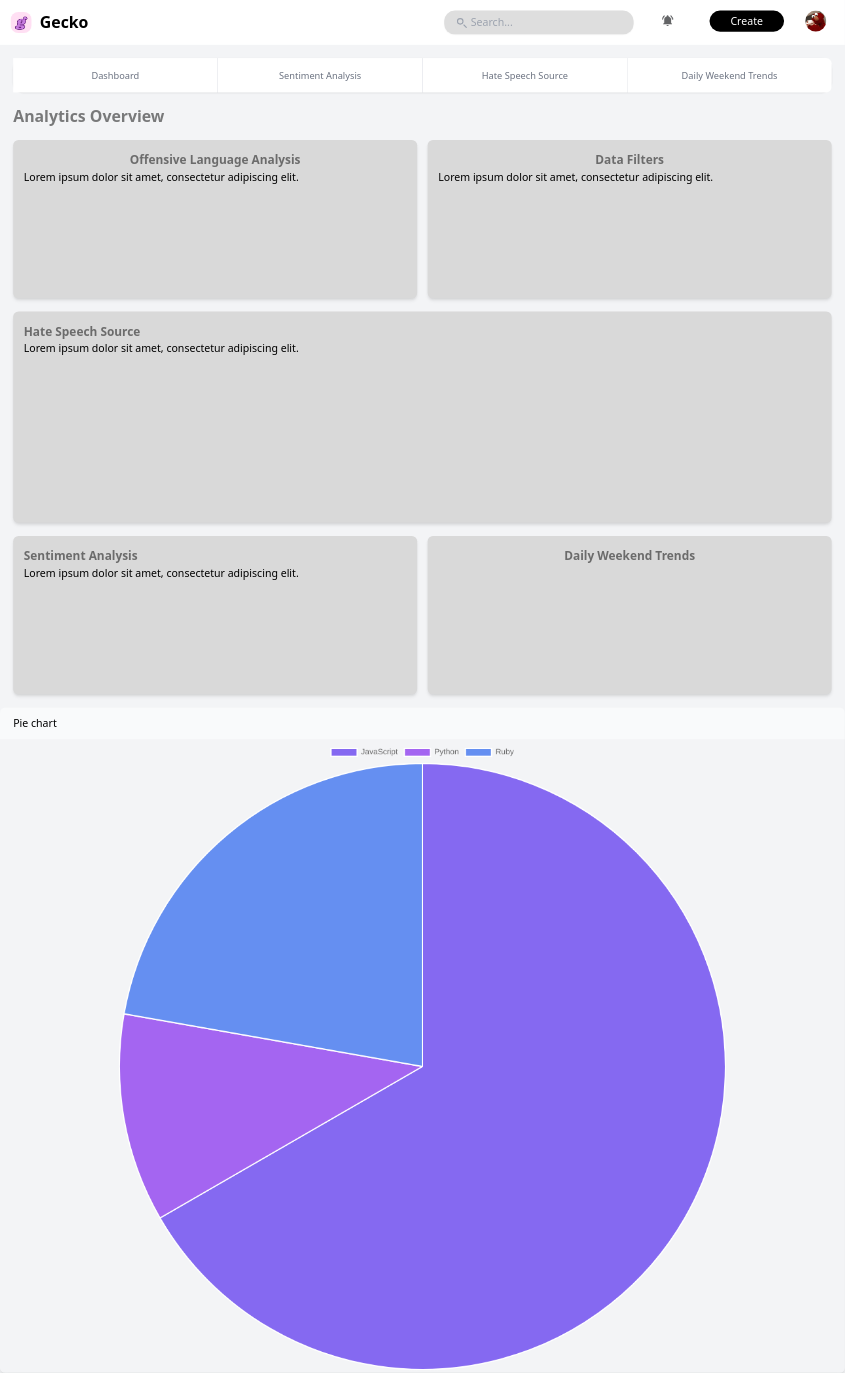
Repository: theamgri/thesis-website-nextjs
Page: website.html
These files come from the project's save history. The page is drawn as it stood at one moment and after the next save; the edit follows.
The browser window is 1280 px wide. The pictures show the whole page, at 66% of full size.

Above is the page before, as saved 2023-10-02 09:49:06.

After the next save:
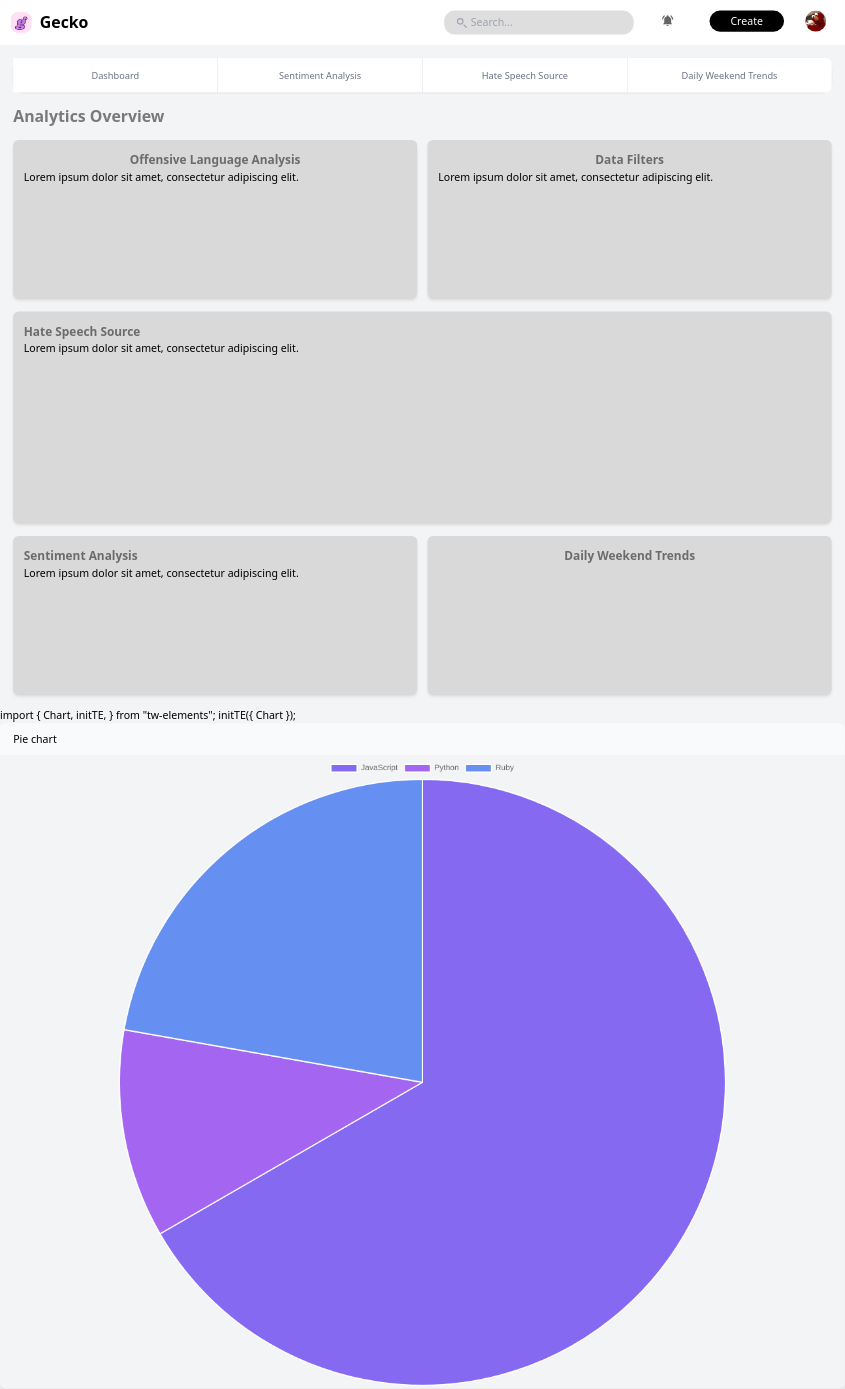
Saved 2 min 17 s later.
--- a/website.html
+++ b/website.html
@@ -163,6 +163,13 @@
     </div>
 </div>
 
+import {
+  Chart,
+  initTE,
+} from "tw-elements";
+
+initTE({ Chart });
+
 <div class="shadow-lg rounded-lg overflow-hidden">
   <div class="py-3 px-5 bg-gray-50">Pie chart</div>
   <canvas class="p-1 ml-40 mr-40" id="chartPie"></canvas>

After the save that followed:
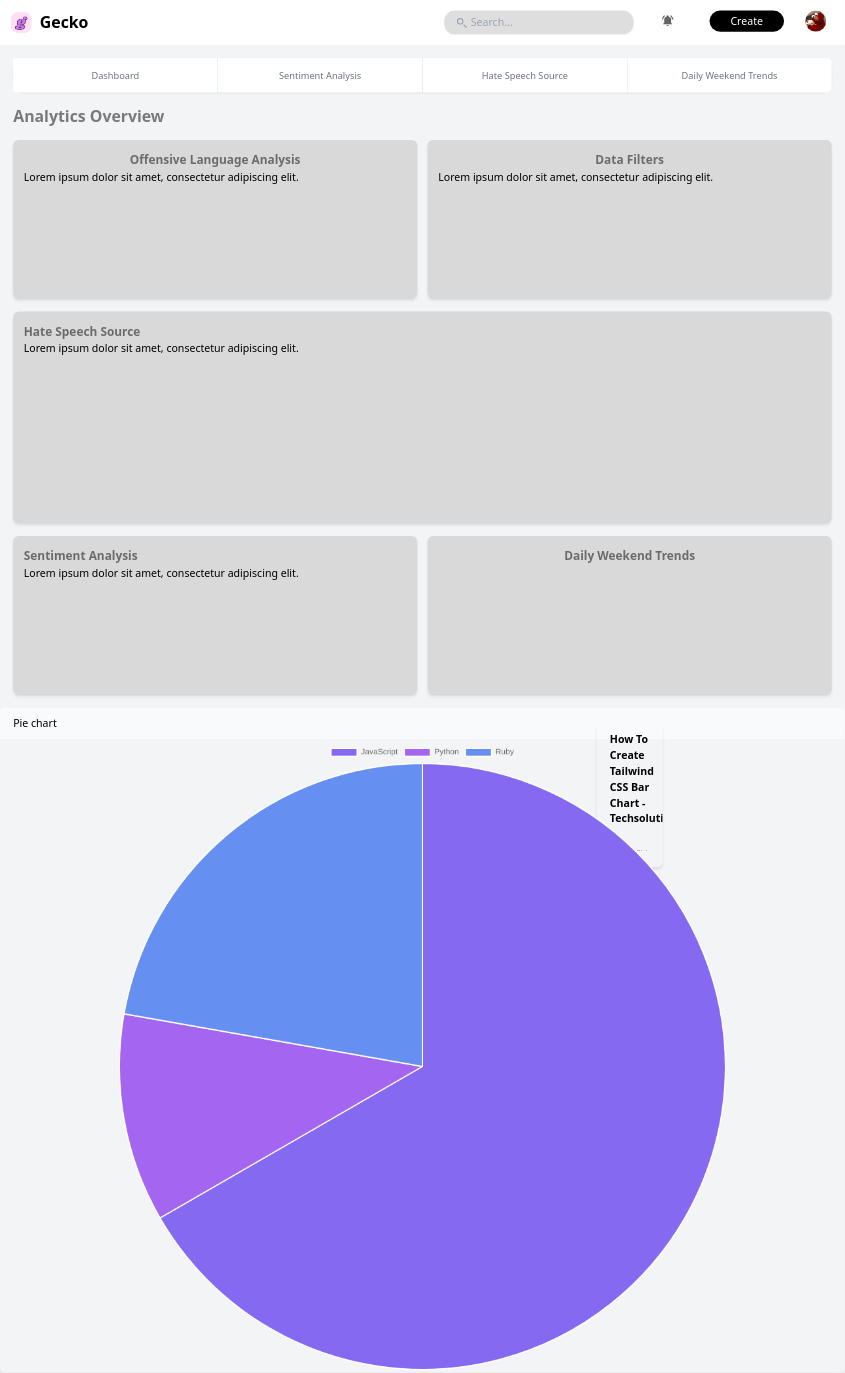
Saved 82 s later.
--- a/website.html
+++ b/website.html
@@ -151,24 +151,50 @@
         <!-- Container 5 -->
         <div class="bg-white p-4 rounded-lg shadow-md" style="background-color: #D9D9D9; height: 15rem;">
             <h2 class="text-lg text-center opacity-50 font-semibold">Daily Weekend Trends</h2>
-            <div class="mx-auto w-3/5 overflow-hidden">
-              <canvas
-                data-te-chart="line"
-                data-te-dataset-label="Traffic"
-                data-te-labels="['Monday', 'Tuesday' , 'Wednesday' , 'Thursday' , 'Friday' , 'Saturday' , 'Sunday ']"
-                data-te-dataset-data="[2112, 2343, 2545, 3423, 2365, 1985, 987]">
-              </canvas>
+            <div class="container mx-auto p-60">
+              <div class="overflow-hidden rounded-lg shadow-md">
+                <div class="px-5 py-3 bg-stone-300">
+                  <h5 class="font-bold text-stone-600">
+                    How To Create Tailwind CSS Bar Chart - Techsolutionstuff
+                  </h5>
+                </div>
+                <canvas class="p-6" id="barChart"></canvas>
+              </div>
             </div>
+            <script src="https://cdnjs.cloudflare.com/ajax/libs/Chart.js/3.9.1/chart.min.js"
+              integrity="sha512-ElRFoEQdI5Ht6kZvyzXhYG9NqjtkmlkfYk0wr6wHxU9JEHakS7UJZNeml5ALk+8IKlU6jDgMabC3vkumRokgJA=="
+              crossorigin="anonymous" referrerpolicy="no-referrer"></script>
+            <script>
+              const labels = ['Jan', 'Feb', 'Mar', 'Apr', 'May', 'Jun', 'Jul', 'Aug', 'Sep'];
+              const data = {
+                labels: labels,
+                datasets: [
+                  {
+                    label: "Tailwind CSS",
+                    backgroundColor: "blue",
+                    borderColor: 'rgb(0, 0, 0)',
+                    data: [112, 10, 225, 134, 101, 80, 50, 100, 200],
+                    fill: false,
+                  },
+                ],
+              };
+
+              const configChart = {
+                type: "bar",
+                data,
+                options: {},
+              };
+
+              var chartLine = new Chart(
+                document.getElementById("barChart"),
+                configChart
+              );
+            </script>
         </div>
     </div>
 </div>
 
-import {
-  Chart,
-  initTE,
-} from "tw-elements";
-
-initTE({ Chart });
+
 
 <div class="shadow-lg rounded-lg overflow-hidden">
   <div class="py-3 px-5 bg-gray-50">Pie chart</div>
